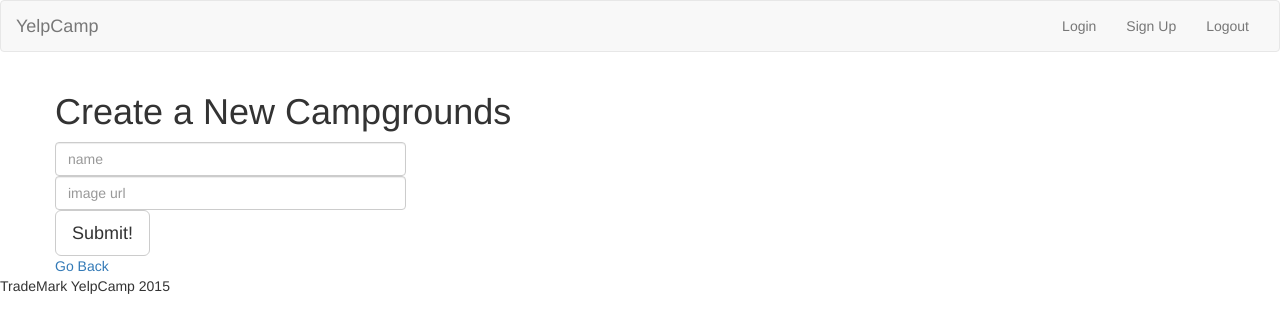
Repository: yyming009/YelpCamp
Page: http://localhost/campgrounds/new
The author's editor kept a record of every edit. The page is drawn from the files as they stood at one moment, then again after the next edit.
The browser window is 1280 px wide. The pictures show the whole page.
The page is served by the project's Node server (YelpCamp/v1/app.js).

Above is the page before.

After the next edit:
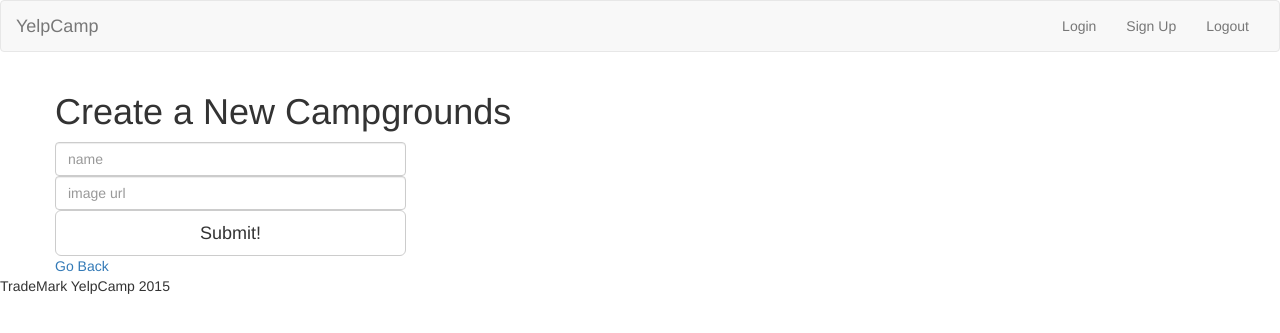
The edit:
--- a/YelpCamp/v1/views/news.ejs
+++ b/YelpCamp/v1/views/news.ejs
@@ -7,7 +7,7 @@
             <form action="/campgrounds" method="POST">
                 <input class="form-control" type="text" name="name" placeholder="name">
                 <input class="form-control" type="text" name="image" placeholder="image url">
-                <button class="btn btn-lg btn-default">Submit!</button>
+                <button class="btn btn-lg btn-default btn-block">Submit!</button>
             </form>
         </div>
         <a href="/campgrounds">Go Back</a>
